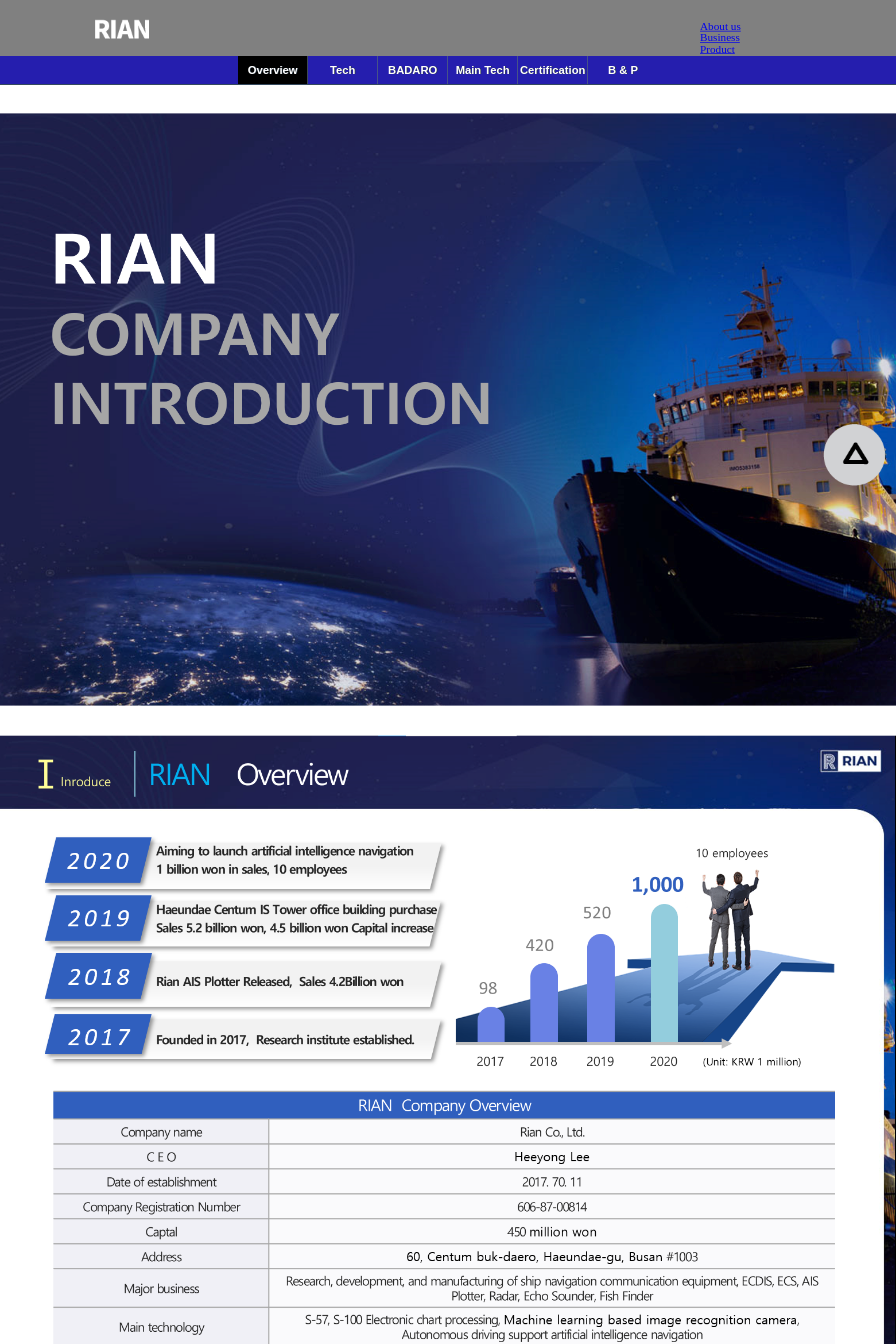
Repository: injeong-in/CompanyWeb
Page: http://localhost/RianWebSite/
The author's editor kept a copy of each file at every save. The page is drawn from the files as they stood at one save, then again after the next save.
The browser window is 1280 px wide. The pictures show the part of the page from y = 0 to 1920 px (the page is 12163 px tall), at 70% of full size.
The pointer rests on the first visible `nav a`.
The page is served by Tomcat 9. Nobody is signed in. The application's start-up code is not run.

Above is the page before, as saved 2020-12-01 05:59:19.

After the next save:
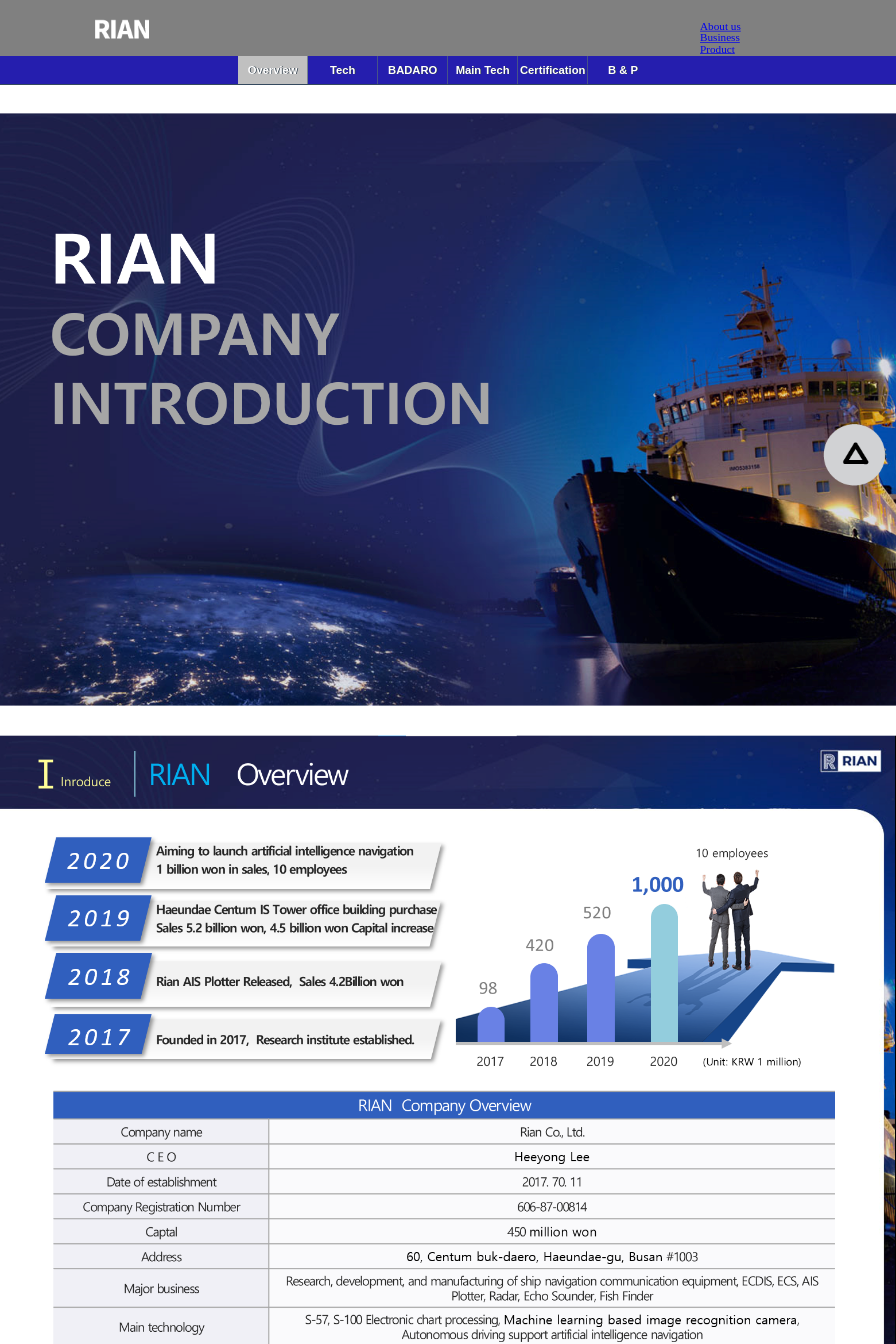
Saved 19 s later.
--- a/RianWebSite/WebContent/css/style.css
+++ b/RianWebSite/WebContent/css/style.css
@@ -111,7 +111,7 @@ nav li:last-child a {
 }
 
 nav a:hover, nav a:active {
-    background-color: rgb(0, 0, 0);
+    background-color: rgb(192, 192, 192);
 }
 
 nav a#trigger {
